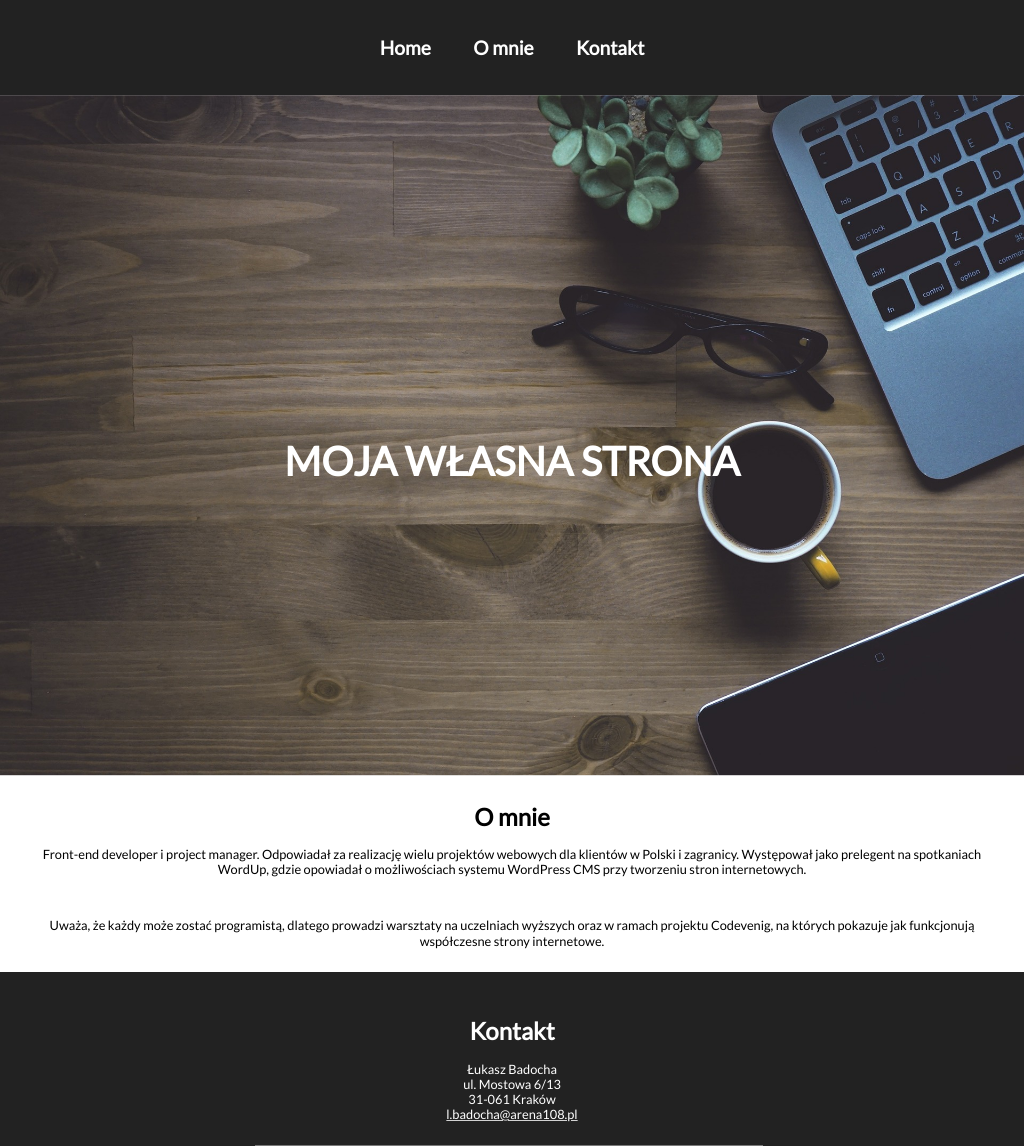
Repository: magdaf41/magdaf41.github.io
Page: zadania-domowe/HTML/zadanie_4/index.html
The author's editor kept a copy of each file at every save. The page is drawn from the files as they stood at one save, then again after the next save.
The browser window is 1280 px wide. The pictures show the whole page, at 80% of full size.

Above is the page before, as saved 2020-08-13 10:51:13.

After the next save:
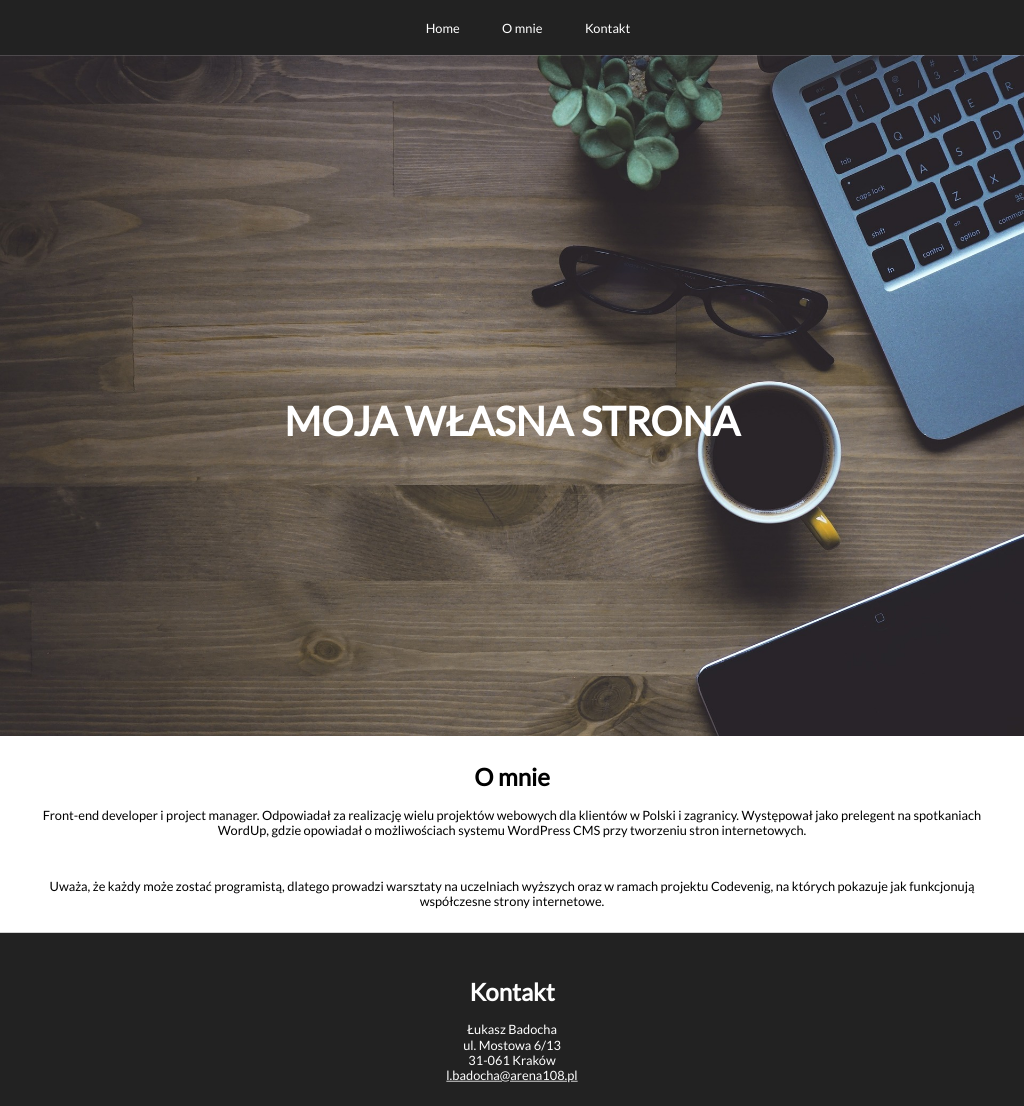
Saved 4 min 3 s later.
--- a/zadania-domowe/HTML/zadanie_4/index.html
+++ b/zadania-domowe/HTML/zadanie_4/index.html
@@ -12,9 +12,11 @@
 
 
   <nav id="menu">
-    <h2 class="menu-item"><a href="#">Home</a></h2>
-    <h2 class="menu-item"><a href="#about">O mnie</a></h2>
-    <h2 class="menu-item"><a href="#contact">Kontakt</a></h2>
+    <ul>
+      <li class="menu-item"><a href="#">Home</a></li>
+      <li class="menu-item"><a href="#about">O mnie</a></li>
+      <li class="menu-item"><a href="#contact">Kontakt</a></li>
+    </ul>
   </nav>
 
 
